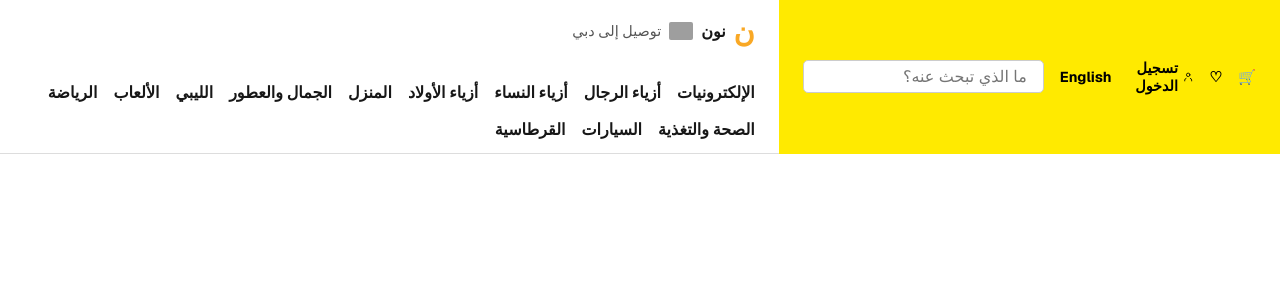
Repository: mahmoudkeshta/storeapp
Page: /home
The author's editor kept a copy of each file at every save. The page is drawn from the files as they stood at one save, then again after the next save.
The browser window is 1280 px wide. The pictures show the whole page.
Pictures or frames that could not be fetched are drawn as grey boxes. The page's requests for data from a server got no answer. The project was rebuilt for these pictures with package versions that can differ from the ones it lists, and the page was loaded fresh each time. The framework's server and built-in components were replaced by stand-ins that run in the browser. No one was signed in, and anything a server would have sent is missing. Also part of the build but not shown: next.config.mjs.

Above is the page before, as saved 2025-06-17 16:34:57.

### app/layout.js
import { Geist, Geist_Mono } from "next/font/google";
import "./globals.css";

const geistSans = Geist({
  variable: "--font-geist-sans",
  subsets: ["latin"],
});

const geistMono = Geist_Mono({
  variable: "--font-geist-mono",
  subsets: ["latin"],
});

export const metadata = {
  title: "متجر نون",
  description: "متجر نون - تصميم مشابه",
};

export default function RootLayout({ children }) {
  return (
    <html lang="ar" dir="ltr">
      <body
        className={`${geistSans.variable} ${geistMono.variable}`}
        style={{ fontFamily: "var(--font-geist-sans)" }}
      >
        {/* الشريط العلوي الأصفر */}
        <header
          style={{
            backgroundColor: "#FFEA00",
            display: "flex",
            justifyContent: "space-between",
            alignItems: "center",
            padding: "0.5rem 1.5rem",
            fontWeight: "bold",
            fontSize: "0.9rem",
            gap: "1rem",
            color: "#000",
          }}
        >
          <div
            style={{
              display: "flex",
              alignItems: "center",
              gap: "1rem",
            }}
          >
            <span style={{ cursor: "pointer" }}>🛒</span>
            <span style={{ cursor: "pointer" }}>♡</span>
            <span
              style={{
                cursor: "pointer",
                display: "flex",
                alignItems: "center",
                gap: "0.3rem",
              }}
            >
              <svg
                xmlns="http://www.w3.org/2000/svg"
                fill="none"
                stroke="currentColor"
                strokeWidth="2"
                strokeLinecap="round"
                strokeLinejoin="round"
                className="feather feather-user"
                width="18"
                height="18"
                viewBox="0 0 24 24"
              >
                <path d="M20 21v-2a4 4 0 0 0-3-3.87"></path>
                <path d="M4 21v-2a4 4 0 0 1 3-3.87"></path>
                <circle cx="12" cy="7" r="4"></circle>
              </svg>
              تسجيل الدخول
            </span>
            <span>English</span>
          </div>
          <input
            type="search"
            placeholder="ما الذي تبحث عنه؟"
            style={{
              flexGrow: 1,
              maxWidth: "400px",
              padding: "0.4rem 1rem",
              borderRadius: "5px",
              border: "1px solid #ccc",
              fontSize: "1rem",
              outline: "none",
            }}
          />
        </header>

        {/* الشريط السفلي: الشعار و التوصيل و الأقسام */}
        <nav
          style={{
            display: "flex",
            justifyContent: "space-between",
            alignItems: "center",
            padding: "0.8rem 1.5rem",
            borderBottom: "1px solid #ddd",
            backgroundColor: "white",
            fontWeight: "bold",
            fontSize: "1rem",
            gap: "2rem",
            flexWrap: "wrap",
          }}
        >
          <div
            style={{
              display: "flex",
              alignItems: "center",
              gap: "0.5rem",
              cursor: "pointer",
            }}
          >
            <span style={{ fontSize: "1.8rem", color: "#f9a825" }}>ن</span>
            <span>نون</span>
            <img
              src="https://upload.wikimedia.org/wikipedia/commons/thumb/a/a7/Flag_of_the_United_Arab_Emirates.svg/24px-Flag_of_the_United_Arab_Emirates.svg.png"
              alt="علم الإمارات"
              style={{ height: "18px", borderRadius: "2px" }}
            />
            <span
              style={{
                fontWeight: "normal",
                fontSize: "0.9rem",
                color: "#555",
              }}
            >
              توصيل إلى دبي
            </span>
          </div>

          <ul
            style={{
              display: "flex",
              gap: "1rem",
              listStyle: "none",
              padding: 0,
              margin: 0,
              flexWrap: "wrap",
            }}
          >
            {[
              "الإلكترونيات",
              "أزياء الرجال",
              "أزياء النساء",
              "أزياء الأولاد",
              "المنزل",
              "الجمال والعطور",
              "الليبي",
              "الألعاب",
              "الرياضة",
              "الصحة والتغذية",
              "السيارات",
              "القرطاسية",
            ].map((item) => (
              <li
                key={item}
                style={{ cursor: "pointer", whiteSpace: "nowrap" }}
              >
                {item}
              </li>
            ))}
          </ul>
        </nav>

        <main>{children}</main>
      </body>
    </html>
  );
}

### app/home/layout.js
import { Geist, Geist_Mono } from "next/font/google";
import "../globals.css";

const geistSans = Geist({
  variable: "--font-geist-sans",
  subsets: ["latin"],
});

const geistMono = Geist_Mono({
  variable: "--font-geist-mono",
  subsets: ["latin"],
});

export const metadata = {
  title: "متجر نون",
  description: "متجر نون - تصميم مشابه",
};

export default function RootLayout({ children }) {
  return (
    <html lang="ar" dir="rtl">
      <body
        className={`${geistSans.variable} ${geistMono.variable}`}
        style={{
          fontFamily: "var(--font-geist-sans)",
          margin: 0,
          display: "flex",
        }}
      >
        {/* ✅ الشريط الجانبي الثابت على اليمين */}
        <aside
          style={{
            width: "260px",
            height: "100vh",
            position: "sticky",
            top: 0,
            backgroundColor: "#f9f9f9",
            borderLeft: "1px solid #ddd",
            padding: "20px",
            overflowY: "auto",
          }}
        >
          <h3 style={{ marginBottom: "1rem" }}>الفلاتر</h3>
          <ul style={{ listStyle: "none", padding: 0, lineHeight: "2" }}>
            <li>الشحن من قبل نون</li>
            <li>الفئة</li>
            <li>الماركة</li>
            <li>السعر</li>
            <li>العروض</li>
            <li>أقل سعر</li>
            <li>تقييم المنتج</li>
            <li>الحجم</li>
            <li>وصل حديثاً</li>
            <li>نوع الرياضة</li>
            <li>نمط إصبع القدم</li>
            <li>التصميم</li>
            <li>اللون</li>
            <li>قسم الأزياء</li>
            <li>حالة المنتج</li>
            <li>مادة واحدة</li>
            <li>نوع الكعب</li>
            <li>شكل الكعب</li>
            <li>مقاس العرض</li>
            <li>ارتفاع الكعب</li>
            <li>المناسبة</li>
            <li>تعليمات العناية</li>
            <li>طريقة الإغلاق</li>
            <li>البائع</li>
          </ul>
        </aside>

        {/* ✅ محتوى الصفحة */}
        <main
          style={{
            flexGrow: 1,
            maxWidth: "1400px",
            margin: "0 auto",
            padding: "20px",
          }}
        >
          {children}
        </main>
      </body>
    </html>
  );
}

### app/home/page.js
"use client";

import { useState, useEffect, useRef } from "react";
import Link from "next/link";

export default function PostPage() {
  const [products, setProducts] = useState([]);
  const [searchTerm, setSearchTerm] = useState("");
  const [filteredProducts, setFilteredProducts] = useState([]);
  const [toastMessage, setToastMessage] = useState("");
  const debounceTimeout = useRef(null);

  // جلب المنتجات عند التحميل
  useEffect(() => {
    fetch("https://codeeio.com/ecommerc/Products/view.php")
      .then((res) => res.json())
      .then((result) => {
        setProducts(result.data || []);
        setFilteredProducts(result.data || []);
      });
  }, []);

  // فلترة البحث مع debounce (تأخير)
  useEffect(() => {
    if (debounceTimeout.current) clearTimeout(debounceTimeout.current);

    debounceTimeout.current = setTimeout(() => {
      const filtered = products.filter((p) =>
        p.nameproducts.toLowerCase().includes(searchTerm.toLowerCase())
      );
      setFilteredProducts(filtered);
    }, 300); // 300ms تأخير
  }, [searchTerm, products]);

  // Toast لإظهار رسالة لفترة قصيرة
  const showToast = (msg) => {
    setToastMessage(msg);
    setTimeout(() => setToastMessage(""), 2500);
  };

  // إضافة منتج للسلة (يمكن تعديله ليتصل بالـ backend أو Context)
  const addToCart = (product) => {
    showToast(`تم إضافة المنتج: ${product.nameproducts} إلى السلة!`);
  };

  // دالة لرسم تقييم النجوم
  const renderStars = (rating) => {
    const stars = [];
    const fullStars = Math.floor(rating);
    const halfStar = rating - fullStars >= 0.5;

    for (let i = 0; i < fullStars; i++) {
      stars.push(
        <span key={"full" + i} style={{ color: "#f5a623" }}>★</span>
      );
    }
    if (halfStar) {
      stars.push(
        <span key="half" style={{ color: "#f5a623" }}>☆</span>
      );
    }
    while (stars.length < 5) {
      stars.push(
        <span key={"empty" + stars.length} style={{ color: "#ccc" }}>★</span>
      );
    }
    return stars;
  };

  return (
    <div
    style={{
      maxWidth: "1200px",
      marginRight: "auto", // لأن الصفحة RTL
      marginLeft: "0",
      padding: "1px",
      fontFamily: "'Segoe UI', Tahoma, Geneva, Verdana, sans-serif",
    }}
    >
      <h1
        style={{
          marginBottom: "20px",
          fontSize: "32px",
          textAlign: "center",
          color: "#222",
          fontWeight: "bold",
        }}
      >
        متجر المنتجات الفخم
      </h1>

      {/* شريط البحث */}
      <div style={{ marginBottom: "30px", textAlign: "center" }}>
        <input
          type="text"
          placeholder="ابحث عن منتج..."
          value={searchTerm}
          onChange={(e) => setSearchTerm(e.target.value)}
          style={{
            width: "60%",
            padding: "12px 20px",
            fontSize: "16px",
            borderRadius: "30px",
            border: "2px solid #ddd",
            boxShadow: "0 2px 6px rgba(0,0,0,0.1)",
            outline: "none",
            transition: "0.3s",
          }}
        />
      </div>

      {/* قائمة المنتجات */}
      <div
        style={{
          display: "flex",
          flexWrap: "wrap",
          gap: "30px",
          justifyContent: "center",
        }}
      >
        {filteredProducts.map((product) => (
          <div
            key={product.product_id}
            style={{
              background: "#fff",
              borderRadius: "12px",
              boxShadow: "0 4px 15px rgba(0,0,0,0.12)",
              padding: "10px",
              width: "210px",
              textAlign: "center",
              transition: "transform 0.3s ease",
              cursor: "pointer",
              display: "flex",
              flexDirection: "column",
              justifyContent: "space-between",
              height: "400px",
            }}
            onMouseEnter={(e) => {
              e.currentTarget.style.transform = "scale(1.05)";
            }}
            onMouseLeave={(e) => {
              e.currentTarget.style.transform = "scale(1)";
            }}
          >
            <Link
              href={`/home/${product.product_id}`}
              style={{ textDecoration: "none", color: "inherit", flexGrow: 1 }}
            >
              <img
                src={product.image_url}
                alt={product.nameproducts}
                style={{
                  width: "100%",
                  height: "180px",
                  objectFit: "cover",
                  borderRadius: "10px",
                  marginBottom: "5px",
                  userSelect: "none",
                }}
                draggable={false}
              />
              <h2
                style={{
                  color: "#222",
                  fontSize: "20px",
                  marginBottom: "5px",
                  minHeight: "48px",
                }}
              >
                {product.nameproducts ?? "بدون اسم"}
              </h2>
              <p
                style={{
                  color: "#666",
                  fontSize: "14px",
                  height: "60px",
                  overflow: "hidden",
                  textOverflow: "ellipsis",
                  marginBottom: "5px",
                }}
              >
                {product.description_d ?? "لا يوجد وصف"}
              </p>
              {/* عرض السعر مع السعر القديم إذا متوفر */}
              <div style={{ marginBottom: "12px" }}>
                {product.old_price ? (
                  <>
                    <span
                      style={{
                        textDecoration: "line-through",
                        color: "#999",
                        marginRight: "5px",
                        fontSize: "14px",
                      }}
                    >
                      {product.old_price} ر.س
                    </span>
                    <span
                      style={{ color: "#e53935", fontWeight: "bold", fontSize: "18px" }}
                    >
                      {product.price} ر.س
                    </span>
                  </>
                ) : (
                  <span
                    style={{ color: "#222", fontWeight: "bold", fontSize: "18px" }}
                  >
                    {product.price ?? "غير متوفر"} ر.س
                  </span>
                )}
              </div>

              {/* تقييم النجوم لو موجود */}
              {product.rating ? (
                <div style={{ marginBottom: "10px", fontSize: "18px" }}>
                  {renderStars(product.rating)}
                </div>
              ) : null}
            </Link>

            <button
              onClick={() => addToCart(product)}
              style={{
                padding: "12px 20px",
                backgroundColor: "#0a74da",
                border: "none",
                borderRadius: "30px",
                color: "white",
                fontWeight: "bold",
                fontSize: "15px",
                cursor: "pointer",
                width: "100%",
                transition: "background-color 0.3s ease",
                marginTop: "auto",
              }}
              onMouseEnter={(e) => (e.currentTarget.style.backgroundColor = "#095bb5")}
              onMouseLeave={(e) => (e.currentTarget.style.backgroundColor = "#0a74da")}
            >
              أضف إلى السلة
            </button>
          </div>
        ))}
      </div>

      {/* Toast Message */}
      {toastMessage && (
        <div
          style={{
            position: "fixed",
            bottom: "30px",
            right: "30px",
            backgroundColor: "#333",
            color: "white",
            padding: "14px 24px",
            borderRadius: "30px",
            boxShadow: "0 4px 15px rgba(0,0,0,0.3)",
            fontWeight: "bold",
            zIndex: 1000,
            opacity: 0.9,
          }}
        >
          {toastMessage}
        </div>
      )}
    </div>
  );
}

Loaded but not shown: app/globals.css (common file)

After the next save:
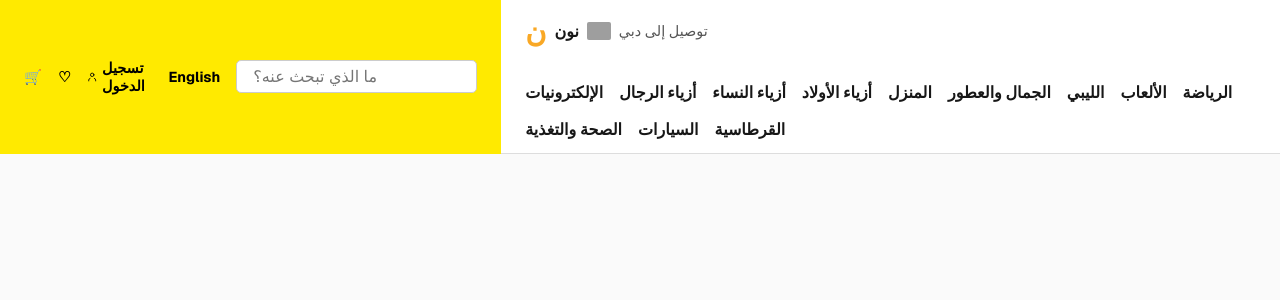
Saved 4 min 2 s later.
--- a/app/home/layout.js
+++ b/app/home/layout.js
@@ -18,30 +18,32 @@
 
 export default function RootLayout({ children }) {
   return (
-    <html lang="ar" dir="rtl">
+    <html lang="ar" dir="ltr">
       <body
         className={`${geistSans.variable} ${geistMono.variable}`}
         style={{
           fontFamily: "var(--font-geist-sans)",
           margin: 0,
           display: "flex",
+          backgroundColor: "#fafafa",
         }}
       >
-        {/* ✅ الشريط الجانبي الثابت على اليمين */}
+        {/* ✅ الشريط الجانبي الثابت على اليسار */}
         <aside
           style={{
             width: "260px",
             height: "100vh",
             position: "sticky",
             top: 0,
-            backgroundColor: "#f9f9f9",
-            borderLeft: "1px solid #ddd",
+            backgroundColor: "#ffffff",
+            borderRight: "1px solid #e0e0e0",
             padding: "20px",
             overflowY: "auto",
+            boxShadow: "2px 0 5px rgba(0,0,0,0.05)",
           }}
         >
-          <h3 style={{ marginBottom: "1rem" }}>الفلاتر</h3>
-          <ul style={{ listStyle: "none", padding: 0, lineHeight: "2" }}>
+          <h3 style={{ marginBottom: "1rem", color: "#333" }}>الفلاتر</h3>
+          <ul style={{ listStyle: "none", padding: 0, lineHeight: "2", color: "#555" }}>
             <li>الشحن من قبل نون</li>
             <li>الفئة</li>
             <li>الماركة</li>

After the 2 saves that followed:
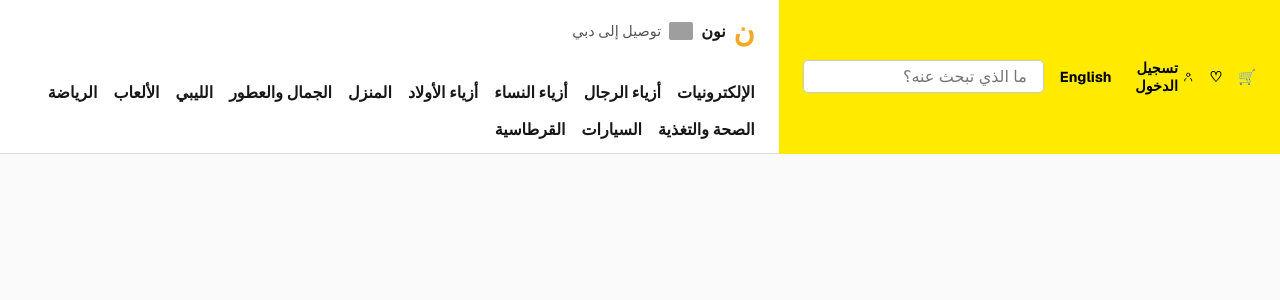
The 2 saves are shown as one change because 1 left the picture as it was.
The last was saved 2 min 11 s later.
--- a/app/home/layout.js
+++ b/app/home/layout.js
@@ -18,7 +18,7 @@
 
 export default function RootLayout({ children }) {
   return (
-    <html lang="ar" dir="ltr">
+    <html lang="ar" dir="rtl">
       <body
         className={`${geistSans.variable} ${geistMono.variable}`}
         style={{
@@ -28,7 +28,7 @@
           backgroundColor: "#fafafa",
         }}
       >
-        {/* ✅ الشريط الجانبي الثابت على اليسار */}
+        {/* ✅ الشريط الجانبي فقط */}
         <aside
           style={{
             width: "260px",
@@ -36,10 +36,10 @@
             position: "sticky",
             top: 0,
             backgroundColor: "#ffffff",
-            borderRight: "1px solid #e0e0e0",
+            borderLeft: "1px solid #e0e0e0",
             padding: "20px",
             overflowY: "auto",
-            boxShadow: "2px 0 5px rgba(0,0,0,0.05)",
+            boxShadow: "-2px 0 5px rgba(0,0,0,0.05)",
           }}
         >
           <h3 style={{ marginBottom: "1rem", color: "#333" }}>الفلاتر</h3>
@@ -70,18 +70,6 @@
             <li>البائع</li>
           </ul>
         </aside>
-
-        {/* ✅ محتوى الصفحة */}
-        <main
-          style={{
-            flexGrow: 1,
-            maxWidth: "1400px",
-            margin: "0 auto",
-            padding: "20px",
-          }}
-        >
-          {children}
-        </main>
       </body>
     </html>
   );
